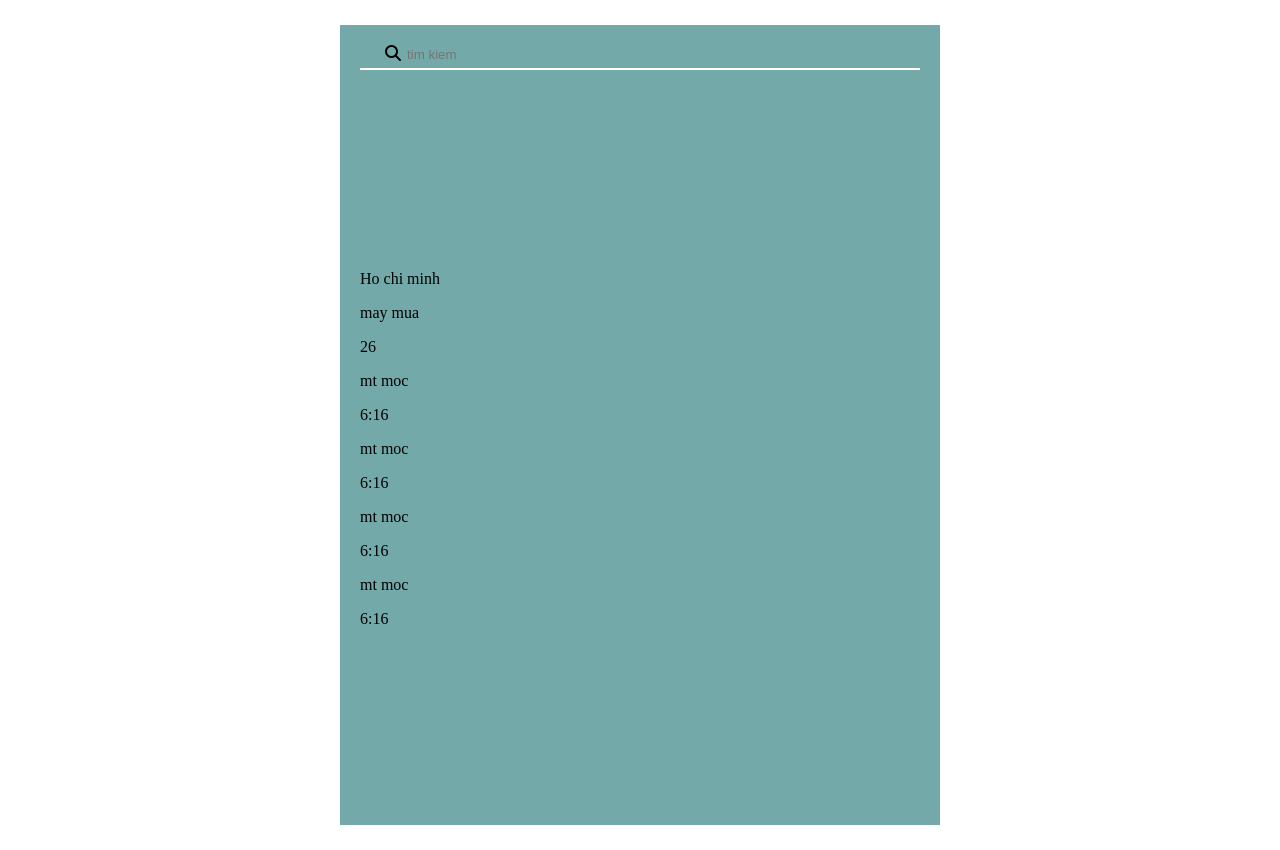
Repository: tienbkvn0605/weatherApp
Page: index.html
The author's editor kept a copy of each file at every save. The page is drawn from the files as they stood at one save, then again after the next save.
The browser window is 1280 px wide. The pictures show the whole page.

Above is the page before, as saved 2022-10-05 16:47:13.

### index.html
<!DOCTYPE html>
<html lang="en">
  <head>
    <meta charset="UTF-8" />
    <meta http-equiv="X-UA-Compatible" content="IE=edge" />
    <meta name="viewport" content="width=device-width, initial-scale=1.0" />
    <link
      rel="stylesheet"
      href="https://cdnjs.cloudflare.com/ajax/libs/font-awesome/6.2.0/css/all.min.css"
      integrity="sha512-xh6O/CkQoPOWDdYTDqeRdPCVd1SpvCA9XXcUnZS2FmJNp1coAFzvtCN9BmamE+4aHK8yyUHUSCcJHgXloTyT2A=="
      crossorigin="anonymous"
      referrerpolicy="no-referrer"
    />
    <link rel="stylesheet" href="appstyle.css" />
    <title>Get Weather</title>
  </head>
  <body>
    <div class="container">
      <div class="main-section">
        <div class="search-bar">
          <i class="fa fa-search" aria-hidden="true"></i>
          <input type="text" placeholder="tim kiem" class="search-input" />
        </div>
        <p class="name-city">Ho chi minh</p>
        <p class="desc">may mua</p>
        <div class="status-icon"></div>
        <p class="template">26</p>
      </div>
      <div class="additional-section">
        <div class="colum">
          <div class="title">mt moc</div>
          <p class="time">6:16</p>
          <div class="title">mt moc</div>
          <p class="time">6:16</p>
        </div>
        <div class="colum">
          <div class="title">mt moc</div>
          <p class="time">6:16</p>
          <div class="title">mt moc</div>
          <p class="time">6:16</p>
        </div>
      </div>
    </div>
  </body>
  <script src="app.js"></script>
</html>

### appstyle.css
*,
*:before,
*:after {
  box-sizing: border-box;
  -webkit-box-sizing: border-box;
}
.container {
  width: 600px;
  height: 800px;
  background-color: rgb(116, 169, 169);
  margin: 25px auto;
  padding: 20px;
}
.search-bar {
  margin: 0 auto;
  border-bottom: 2px solid white;
  padding: 0px 25px 5px;
  align-items: center;
  margin-bottom: 200px;
}
.search-input {
  border: 0;
  outline: none;
  background-color: transparent;
  color: white;
}

Loaded but not shown: app.js (no stored copy; drawn as an empty file)

After the next save:
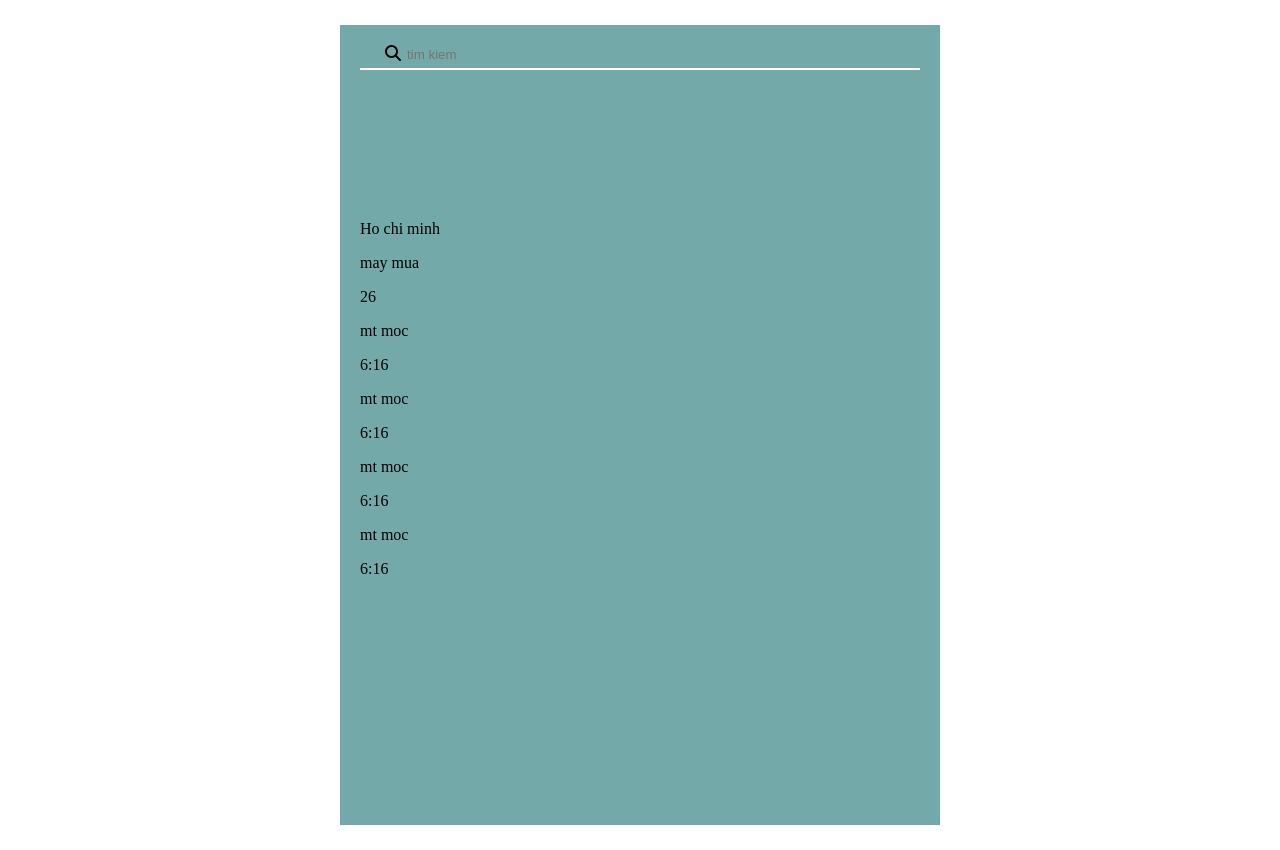
Saved 5 s later.
--- a/appstyle.css
+++ b/appstyle.css
@@ -16,7 +16,7 @@
   border-bottom: 2px solid white;
   padding: 0px 25px 5px;
   align-items: center;
-  margin-bottom: 200px;
+  margin-bottom: 150px;
 }
 .search-input {
   border: 0;
